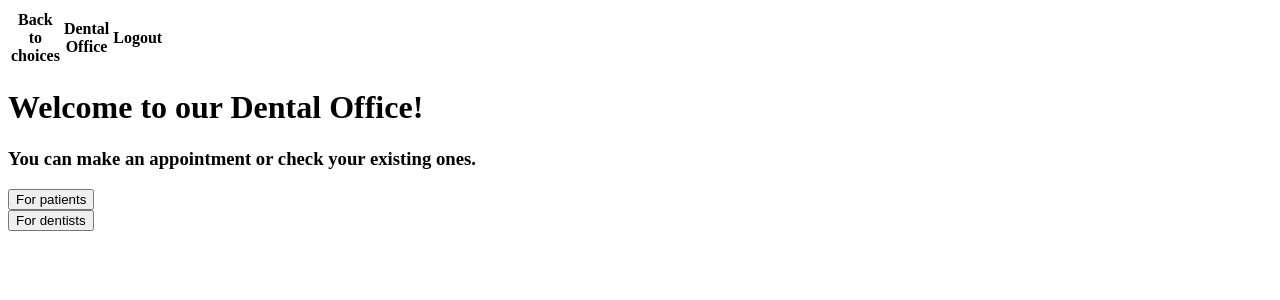
Repository: ThEgIGN/DentalOfficeWebApplication
Page: http://localhost/DentalOfficeWEB/
The author's editor kept a copy of each file at every save. The page is drawn from the files as they stood at one save, then again after a run of saves.
The browser window is 1280 px wide. The pictures show the whole page.
The page is served by Tomcat 9. Nobody is signed in. The application's start-up code is not run. Other server files are loaded and not shown.

Above is the page before, as saved 2023-06-16 09:55:56.

### DentalOfficeProject/DentalOfficeWEB/src/main/webapp/index.jsp
<%@ page language="java" contentType="text/html; charset=ISO-8859-1"
	pageEncoding="ISO-8859-1"%>
<!DOCTYPE html>
<html>
<head>
<meta charset="ISO-8859-1">
<title>Dental Office Name</title>
</head>
<body>
	<table width="100">
		<tr>
			<th>Back to choices</th>
			<th>Dental Office</th>
			<th>Logout</th>
		</tr>
	</table>
	<h1>Welcome to our Dental Office!</h1>
	<h3>You can make an appointment or check your existing ones.</h3>
	<form action="./patients/createPatient.jsp">
		<button type="submit">For patients</button>
	</form>
	<form action="./dentists/loginDentist.jsp">
		<button type="submit">For dentists</button>
	</form>
</body>
</html>

After the next 2 saves:
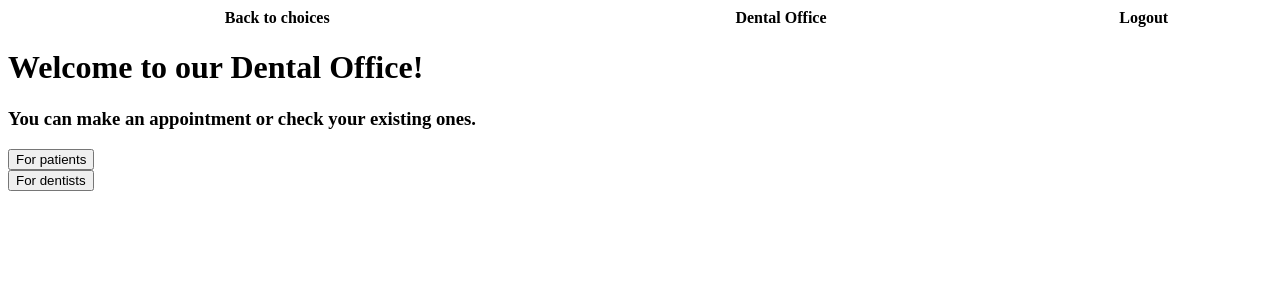
The 2 saves are shown as one change because they came seconds apart.
The last was saved 56 s later.
--- a/DentalOfficeProject/DentalOfficeWEB/src/main/webapp/index.jsp
+++ b/DentalOfficeProject/DentalOfficeWEB/src/main/webapp/index.jsp
@@ -3,11 +3,17 @@
 <!DOCTYPE html>
 <html>
 <head>
+<style>
+table {
+  width: 100%;
+  border-collapse: collapse;
+}
+</style>
 <meta charset="ISO-8859-1">
 <title>Dental Office Name</title>
 </head>
 <body>
-	<table width="100">
+	<table>
 		<tr>
 			<th>Back to choices</th>
 			<th>Dental Office</th>
